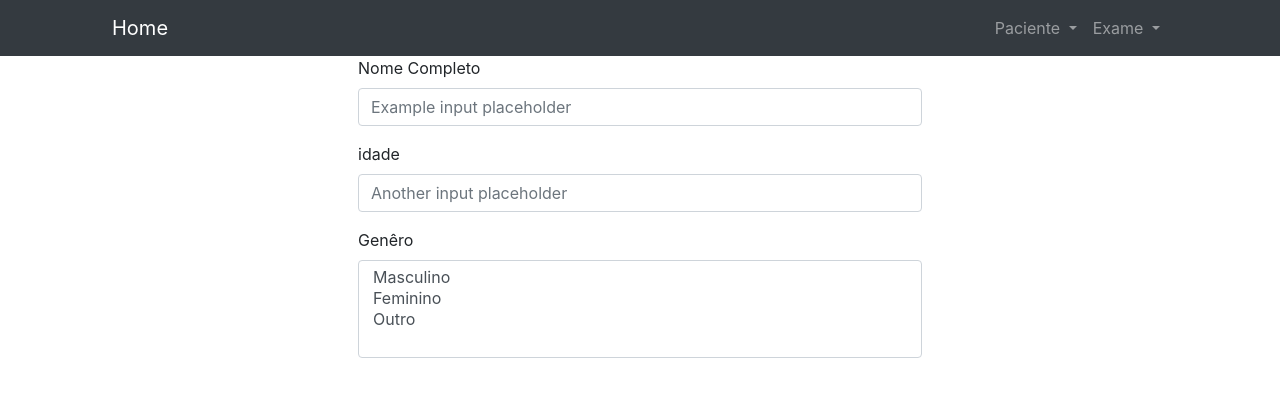
Repository: noobDevPRB/struts2_project
Page: http://localhost/Projeto_SOCTest/
These files come from the project's save history. The page is drawn as it stood at one moment and after the next save; the edit follows.
The browser window is 1280 px wide. The pictures show the whole page.
The page is served by Tomcat 9. Nobody is signed in. The application's start-up code is not run.

Above is the page before, as saved 2020-10-17 16:26:49.

After the next save:
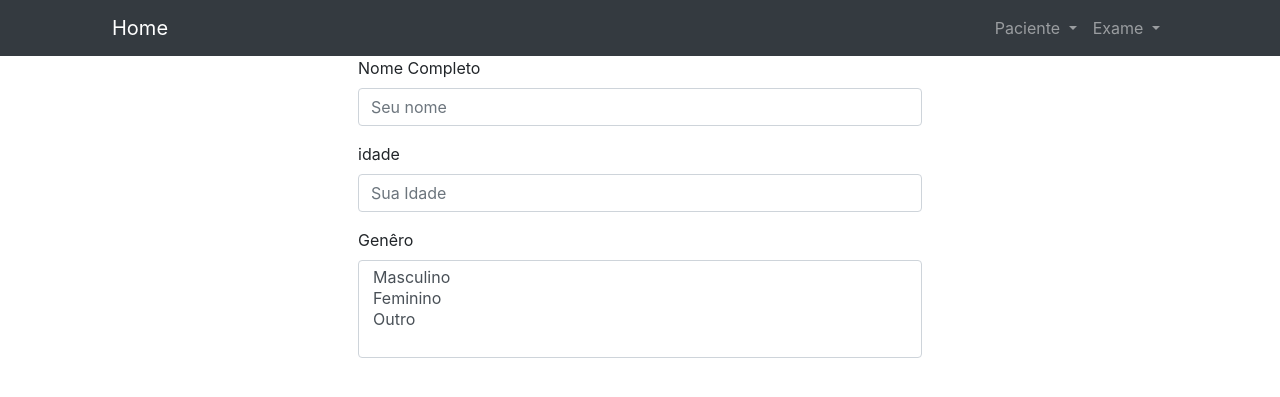
Saved 80 s later.
--- a/Projeto_SOCTest/WebContent/index.jsp
+++ b/Projeto_SOCTest/WebContent/index.jsp
@@ -47,11 +47,11 @@
 				<form class="px-5 mx-5">
 					<div class="form-group px-5 mx-5">
 						<label for="formGroupExampleInput">Nome Completo</label>
-						<input type="text" class="form-control" id="formGroupExampleInput" placeholder="Example input placeholder">
+						<input type="text" class="form-control" id="formGroupExampleInput" placeholder="Seu nome">
 					</div>
 					<div class="form-group px-5 mx-5">
 						<label for="formGroupExampleInput2">idade</label>
-						<input type="text" class="form-control" id="formGroupExampleInput2" placeholder="Another input placeholder">
+						<input type="text" class="form-control" id="formGroupExampleInput2" placeholder="Sua Idade">
 					</div>
 					<div class="form-group px-5 mx-5">
 						<label for="exampleFormControlSelect2">Genêro</label>
